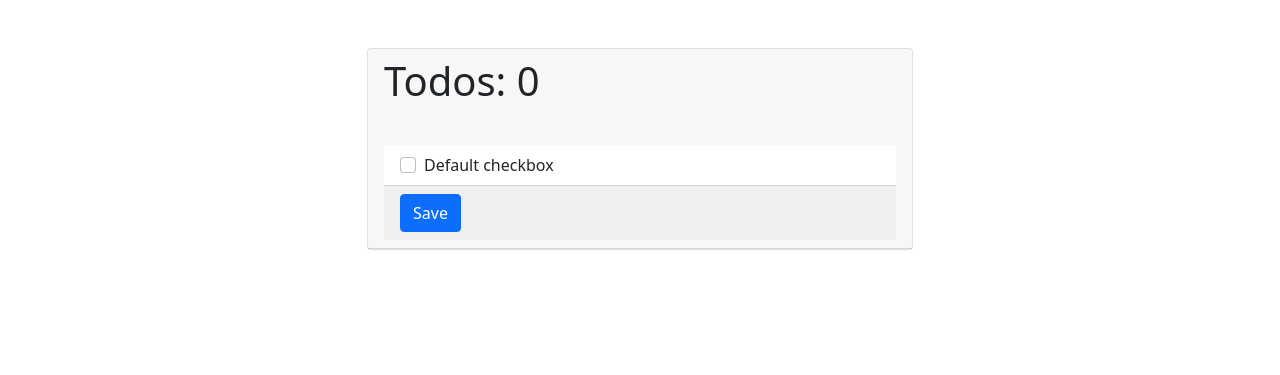
Repository: saidabbasun/TODO-react-redux
Page: /
An editor plug-in stored every save of this project. The page is shown before and after a run of saves, followed by the edit.
The browser window is 1280 px wide. The pictures show the whole page.
The project was rebuilt for these pictures with package versions that can differ from the ones it lists, and the page was loaded fresh each time.

Above is the page before, as saved 2022-05-17 12:03:06.

After the next 2 saves:
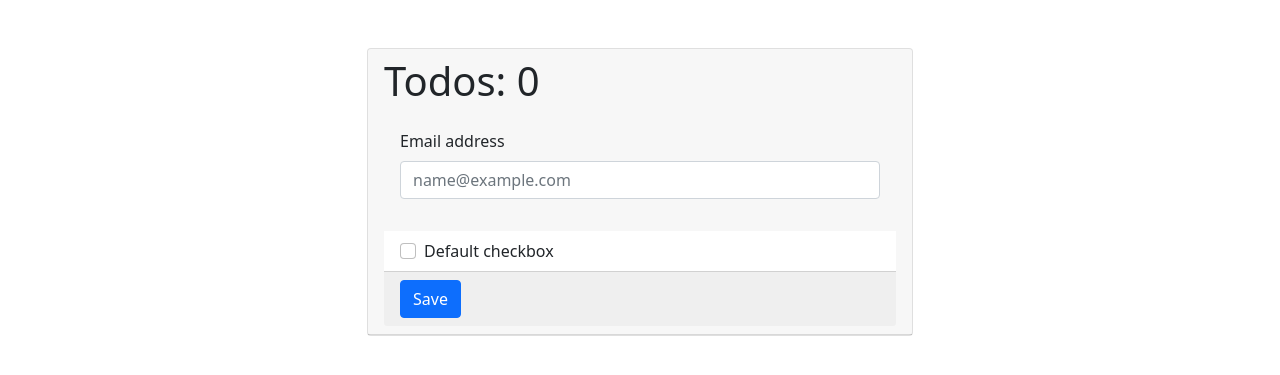
The 2 saves are shown as one change because 1 did not build or start.
The last was saved 80 s later.
--- a/src/App.jsx
+++ b/src/App.jsx
@@ -7,7 +7,12 @@ function App() {
             <div className="card-header">
               <h1>Todos: 0</h1>
               <div>
-                <div className="card-body"></div>
+                <div className="card-body">
+                <div class="mb-3">
+  <label for="exampleFormControlInput1" class="form-label">Email address</label>
+  <input type="email" class="form-control" id="exampleFormControlInput1" placeholder="name@example.com"/>
+</div>
+                </div>
                   <ul class="list-group list-group-flush">
                     <li class="list-group-item">
                     <input class="form-check-input me-2" type="checkbox" value="" id="flexCheckDefault"/>
